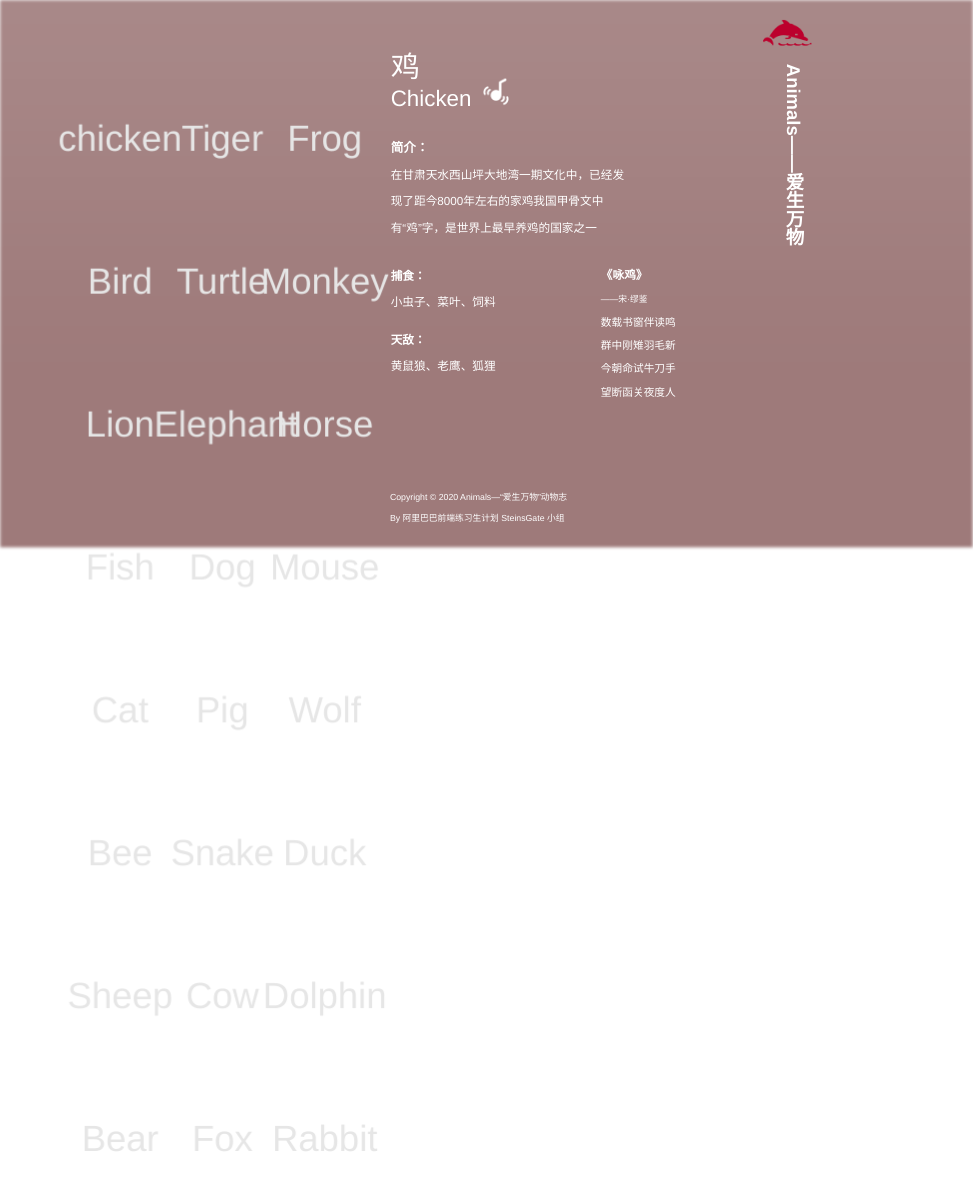
Repository: Whiskeyi/Animals
Page: /
The author's editor kept a copy of each file at every save. The page is drawn from the files as they stood at one save, then again after the next save.
The browser window is 1280 px wide. The pictures show the whole page, at 76% of full size.
The project was rebuilt for these pictures with package versions that can differ from the ones it lists, and the page was loaded fresh each time.

Above is the page before, as saved 2021-11-18 16:19:03.

### public/index.html
<!DOCTYPE html>
<html lang="en">
  <head>
    <meta charset="utf-8">
    <meta http-equiv="X-UA-Compatible" content="IE=edge">
    <meta name="viewport" content="width=device-width,initial-scale=1.0">
    <link rel="icon" href="<%= BASE_URL %>favicon.ico">
    <title>Animals——爱生万物</title>
  </head>
  <body>
    <noscript>
      <strong>We're sorry but animals doesn't work properly without JavaScript enabled. Please enable it to continue.</strong>
    </noscript>
    <div id="app"></div>
    <!-- built files will be auto injected -->
  </body>
</html>

### src/main.js
import Vue from 'vue'
import App from './App.vue'
import router from './router'
import store from './store'
import './plugins/element.js' // 引入element-ui

Vue.config.productionTip = false

new Vue({
  router,
  store,
  render: h => h(App)
}).$mount('#app')

### src/App.vue
<template>
  <div id="app">
    <!-- 入口 -->
    <router-view/>
  </div>
</template>

<style lang="scss">
#app {
  font-family: 'Avenir', Helvetica, Arial, sans-serif;
  -webkit-font-smoothing: antialiased;
  -moz-osx-font-smoothing: grayscale;
}

html, body {  // 去除白边
    width: 100%;
    height: 100%;
    margin: 0;
    padding: 0;
    position: relative;
}

</style>

### src/router.js
// 路由
import Vue from 'vue'
import Router from 'vue-router'
import Home from './views/Home.vue'

Vue.use(Router)

export default new Router({
  mode: 'history',
  base: process.env.BASE_URL,
  routes: [
    {
      path: '/',
      name: 'home',
      component: Home
    }
  ]
})

### src/store.js
import Vue from 'vue'
import Vuex from 'vuex'

Vue.use(Vuex)

export default new Vuex.Store({
  state: {
    num: "",  // data.json数组号
    seconds: "8000" // 页面切换时间
  },
  mutations: {
    saveNum(state, num) {
      state.num = num
    }
  },
  actions: {

  }
})

### src/plugins/element.js
// 引入element-ui
import Vue from 'vue'

import ElementUI from 'element-ui';
import 'element-ui/lib/theme-chalk/index.css';

Vue.use(ElementUI);

### src/views/Home.vue
<template>
  <div class="home">
    <!-- 背景+光泽效果 -->
    <Gloss></Gloss>
    <!-- 页面容器 -->
    <div class="container">
      <!-- 左侧展示模块 -->
      <div id="leftContainer">
        <LeftMain></LeftMain>
      </div>
      <!-- 右侧展示模块 -->
      <div id="rightContainer">
        <!-- 输出信息 -->
          <Info></Info>
          <!-- 右侧标题 -->
          <RightHead></RightHead>
          <!-- 尾部 -->
          <Footer></Footer>
      </div>
    </div>
  </div>
</template>

<script>
// @ is an alias to /src
// 组件引入
import Gloss from '@/components/Gloss'
import Footer from '@/components/Footer'
import Info from '@/components/Info'
import RightHead from '@/components/right-head'
import LeftMain from '@/components/left-main'

export default {
  name: 'home',
  components: {
    Gloss,Footer,Info,RightHead,LeftMain
  }
}
</script>

<style lang="scss" scoped>
#leftContainer {
  position: absolute;
  left: 15%;
  width: 25%;
  height: 100%;
  margin: 0 auto;
}
#rightContainer {
  position: fixed;
  right: 10%;
  width: 50%;
  height: 100%;
  margin: 0 auto;
}
@media screen and (max-width: 960px) { // 屏幕小于960px样式
  #leftContainer {
    position: absolute;
    left: 3%;
    width: 30%;
    height: 100%;
    margin: 0 auto;
  }
  #rightContainer {
    position: fixed;
    right: 0%;
    width: 67%;
    height: 100%;
    margin: 0 auto;
  }
}
@media screen and (min-width: 960px) and (max-width:1440px) { // 屏幕大于等于960px小于1440px样式
  #leftContainer {
    position: absolute;
    left: 5%;
    width: 30%;
    height: 100%;
    margin: 0 auto;
  }
  #rightContainer {
    position: fixed;
    right: 2%;
    width: 63%;
    height: 100%;
    margin: 0 auto;
  }
}
@media screen and (min-width: 1440px) and (max-width: 1920px) { // 屏幕大于等于1440px小于1920px样式
 #leftContainer {
    position: absolute;
    left: 8%;
    width: 33%;
    height: 100%;
    margin: 0 auto;
  }
  #rightContainer {
    position: fixed;
    right: 5%;
    width: 54%;
    height: 100%;
    margin: 0 auto;
  }
}
</style>

### src/components/Gloss/index.vue
<template>
<!-- 实现光泽效果,丰富背景颜色 -->
<div id="bg" :style="{ backgroundColor : color }">
    <div id="gloss"></div>
</div>
</template>

<script>
const animalsData = require('@/data/Animals.json')
import store from '../../store'

export default {
    data() {
        return {
            color: 'rgb(158, 122, 122)'
        }
    },
    mounted() {
        this.changeColor()
        // window.console.log(animalsData.AnimalsDetail[0].color)
    },
    methods: {
        changeColor() {
            setInterval(function() {
                // let arrColor = ["#FC9F4D", "#E98B2A", "#90B44B", "#4D5139", "#1C1C1C", "#4F4F48",
                //                 "#FF5E99", "#828282", "#52433D", "#947A6D", "#080808", "#0C0C0C",
                //                 "#434343", "#B19693", "#434343", "#EFBB24", "#90B44B", "#373C38",
                //                 "#BDC0BA", "#BDC0BA", "#BDC0BA", "#434343","#BDC0BA", "#BDC0BA"]
                let num = Math.floor(Math.random() * animalsData.AnimalsDetail.length)
                store.commit('saveNum',num)
                document.getElementById('bg').style.backgroundColor = animalsData.AnimalsDetail[num].color
                // this.color = color
            }, store.state.seconds);
        }
    }
}
</script>

<style lang="scss" scoped>
#gloss {
    position: fixed;
    width: 100%;
    height: 478px;
    background: url('../../assets/gloss.png') repeat-x;
    // z-index: -8;  //暂时注释,影响调试
}
#bg {
  height: 100%;
  width: 100%;
  position: fixed;
  transition: background-color 2s ease-in; // 背景颜色切换2S过渡
  filter: blur(2px); // 背景高斯模糊
  // z-index: -9; //暂时注释,影响调试
}
</style>

### src/components/Footer/index.vue
<template>
  <div class="footerContainer">
      <p>Copyright © 2020 Animals—“爱生万物”动物志</p>
      <p>By 阿里巴巴前端练习生计划 SteinsGate 小组</p>
  </div>
</template>

<script>
export default {

}
</script>

<style lang="scss" scoped>
.footerContainer {
    position: fixed;
    bottom: 0;
    font-size: 0.9vw;
    color:#fff;
    margin:0 0 20px 65px;
}
</style>

### src/components/Info/index.vue
<template>
  <div class="infoContainer">
    <div class="infPadding">
      <!-- 标题、声音icon -->
    <Introduce></Introduce>
    <!-- 简介 -->
    <IntroduceMid></IntroduceMid>
    <!-- 捕食、诗 -->
    <HabbitPoem></HabbitPoem>
    </div>
  </div>
</template>

<script>
import Introduce from './Introduce'
import HabbitPoem from './habbit-poem'
import IntroduceMid from './introduce-mid'
export default {
  name: 'Info',
  components: {
    Introduce, HabbitPoem, IntroduceMid
  }
}
</script>

<style lang="scss" scoped>
.infoContainer {
    float: left;
    z-index: 10000;
    width: 82%;
    height: 80%;
    margin: 26px 0 0 16px;
    padding: 15px 0px;
    color:#fff;
}
.infPadding {
  padding: 0 0 0 50px;
}
.infoContainer logo {
    position: absolute;
}
// @media screen and (max-width: 960px) { // 屏幕小于960px样式
//   .infoContainer {
//     float: left;
//     z-index: 10000;
//     width: 76%;
//     height: 80%;
//     margin: 26px 0 0 16px;
//   }
// }
// @media screen and (min-width: 960px) and (max-width:1440px) { // 屏幕大于等于960px小于1440px样式
//   .infoContainer {
//     float: left;
//     z-index: 10000;
//     width: 75%;
//     height: 80%;
//     margin: 26px 0 0 16px;
//   }
// }
@media screen and (max-width: 1280px) { // 屏幕<1280px样式
  .infoContainer {
    float: left;
    z-index: 10000;
    width: 65%;
    height: 80%;
    margin: 26px 0 0 16px;
  }
}
</style>

### src/components/right-head/index.vue
<template>
  <div class="rightHeadContainer">
      <el-image class="logo" alt="logo" :src="require('@/icons/index.png')"></el-image>
      <h1 class="vertical">Animals——爱生万物</h1>
  </div>
</template>

<script>
export default {

}
</script>

<style lang="scss" scoped>
.rightHeadContainer {
    float: left;
    height: 400px;
    width: 100px;
    margin: 26px 0 0 16px;
}
.vertical {
    writing-mode: vertical-lr;
    line-height: 46px;
    color: #fff;
    font-size: 1.9vw;
}
.logo {
    width: 5vw;
    // width: 90px;
    padding-bottom: 20px;
}
// @media screen and (max-width: 1440px) { // 屏幕小于1440px样式
//     .rightHeadContainer {
//         float: left;
//         height: 400px;
//         width:85px;
//         margin: 26px 0 0 0;
//     }
//     .vertical {
//         writing-mode: vertical-lr;
//         padding-right: 0;
//         color: #fff;
//     }
// }
</style>

### src/components/left-main/index.vue
<template>
  <div class="leftContainer">
    <el-row :gutter="20" type="flex" justify="center" v-for="(i, inx) in dataLength/3" :key="inx">
      <el-col :span="8" v-for="(item, index) in getNum(inx * 3)" :key="index">
        <div class="pro-card-wrapper">
          <div class="pro-card">
            <div class="pic">
              <el-image class="logo" alt="logo" :src="require('@/icons/animals/chicken.png')"></el-image>
            </div>
            <div class="romaji">{{ item.enName }}</div>
          </div>
        </div>
      </el-col>
    </el-row>
  </div>
</template>

<script>
const animalsData = require('@/data/Animals.json')
export default {
  data() {
    return {
      data: {},
      dataLength: ''
    }
  },
  created() {
  },
  mounted() {
    this.data = animalsData
    this.dataLength = this.data.AnimalsDetail.length
  },
  methods: {
      getNum(inx){
        // window.console.log(this.data.AnimalsDetail.slice(inx, inx + 3))
        return this.data.AnimalsDetail.slice(inx, inx + 3)
      }
  }
}
</script>

<style lang="scss" scoped>
@import "../../styles/flip.scss";
.leftContainer {
  padding: 30px 0;
  width: 100%;
  text-align: center;
  color: #e6e6e6;
  font-size: 1.3vw;
}
.leftContainer .logo {
  width: 80px;
  height: 80px;
  padding: 40px 0;
}
 @media screen and (max-width: 1440px) { // 屏幕小于1440px样式
  .leftContainer .logo {
    height: 50px;
    width: 50px;
    padding: 30px 0;
  }
 }
</style>

### src/components/Info/Introduce/index.vue
<template>
  <div class="introduce">
      <el-row class="intContainer">
          <el-col :span="6">
              <transition name="fade">
                <div id="title">{{ name }}</div>
              </transition>
              <transition name="fade">
                <div id="subTitle">{{ enName }}</div>
              </transition>
          </el-col>
          <el-col :span="10">
              <el-image class="logo" alt="logo" :src="require('@/icons/voice.png')"></el-image>
          </el-col>
      </el-row>
  </div>
</template>

<script>
const animalsData = require('@/data/Animals.json')
import store from '../../../store'
export default {
    data() {
        return {
            name: '鸡',
            enName: 'Chicken'
        }
    },
    mounted() {
        this.changeInfo()
        // window.console.log(store.state.num)
    },
    methods: {
          changeInfo() {
            setInterval(function() {
                this.name = animalsData.AnimalsDetail[store.state.num].name
                document.getElementById('title').innerHTML = this.name
                // window.console.log(this.name)
                this.enName = animalsData.AnimalsDetail[store.state.num].enName
                document.getElementById('subTitle').innerHTML = this.enName
                // window.console.log(this.enName)
            }, store.state.seconds);
        }
    }
}
</script>

<style lang="scss" scoped>
.introduce {
    // background-color: wheat;;
    height: 30%;
    width: 100%;
}
.intContainer {
    padding: 15px 0;
}
#title {
    // font-size: 60px;
    font-size: 3vw;
    display: block;
}
#subTitle {
    // font-size: 44px;
    font-size: 2.3vw;
    display: block;
}
.logo {
    padding-top: 3.5vw;
    height: 3.1vw;
    width: 3.1vw;
}
fade-enter {
    opacity: 0;
}
fade-enter-to {
    opacity: 1;
}
.fade-enter-active, .fade-leave-active {
  transition: all 2.5s ease;
}
</style>

### src/components/Info/habbit-poem/index.vue
<template>
  <div class="habPoem">
       <el-row class="habContainer">
           <el-col class="habContent" :span="14">
              <div class="habTil">捕食：</div>
              <span id="food" class="foodTitle">{{ food }}</span><br>
              <div class="habTil">天敌：</div>
              <span id="enemy" class="enemyTitle">{{ enemy }}</span>
            </el-col>
           <el-col class="poem" :span="10">
                <div id="poemTitle">{{ title }}</div>
                <div id="author">{{ author }}</div>
                <div id="content1" class="content">{{ content1 }}</div>
                <div id="content2" class="content">{{ content2 }}</div>
                <div id="content3" class="content">{{ content3 }}</div>
                <div id="content4" class="content">{{ content4 }}</div>
            </el-col>
      </el-row>
  </div>
</template>

<script>
const animalsData = require('@/data/Animals.json')
import store from '../../../store'
export default {
     data() {
        return {
            title: '《咏鸡》',
            author: '——宋·缪鉴',
            content1: '数载书窗伴读鸣',
            content2: '群中刚雉羽毛新',
            content3: '今朝命试牛刀手',
            content4: '望断函关夜度人',
            food: '小虫子、菜叶、饲料',
            enemy: '黄鼠狼、老鹰、狐狸'
        }
    },
    mounted() {
        this.changeInfo()
        // window.console.log(store.state.num)
    },
    methods: {
          changeInfo() {
            setInterval(function() {
                this.title = animalsData.AnimalsDetail[store.state.num].poetryName
                document.getElementById('poemTitle').innerHTML = this.title

                this.author = animalsData.AnimalsDetail[store.state.num].poetryAuthor
                document.getElementById('author').innerHTML = '——' + this.author

                this.content1 = animalsData.AnimalsDetail[store.state.num].poetryContent1
                document.getElementById('content1').innerHTML = this.content1

                this.content2 = animalsData.AnimalsDetail[store.state.num].poetryContent2
                document.getElementById('content2').innerHTML = this.content2

                this.content3 = animalsData.AnimalsDetail[store.state.num].poetryContent3
                document.getElementById('content3').innerHTML = this.content3

                this.content4 = animalsData.AnimalsDetail[store.state.num].poetryContent4
                document.getElementById('content3').innerHTML = this.content4

                this.food = animalsData.AnimalsDetail[store.state.num].food
                document.getElementById('food').innerHTML = this.food

                this.enemy = animalsData.AnimalsDetail[store.state.num].enemy
                document.getElementById('enemy').innerHTML = this.enemy
            }, store.state.seconds);
        }
    }
}
</script>

<style lang="scss" scoped>
.habPoem {
    // background-color: rgb(252, 94, 94);
    height: 30%;
}
.habContent .habTil {
    font-size: 1.2vw;
    font-weight: bold;
    line-height: 4.8vh;
}
.poem {
    // writing-mode: vertical-lr;
    font-size: 1.1vw;
    line-height: 2.4vw;
    #poemTitle {
        font-size: 1.2vw;
        font-weight: bold;
    }
    #author {
        font-size: 0.9vw;
    }
    // .content {
    //     // letter-spacing: 15px;
    // }
}
.habContainer {
    padding: 15px 0;
}
.habContent span {
    font-size: 1.2vw;
    line-height: 4.4vh;
    display: block;
}
</style>

### src/components/Info/introduce-mid/index.vue
<template>
    <div class="fooMid">
        <el-row class="botContainer">
            <el-col :sm="16" :md="16" :lg="16">
                <!-- <el-collapse>
                    <el-collapse-item title="简介：" class="collapse"> -->
                        <div class="IntTitle">简介：</div>
                        <div id="IntContent">{{ IntContent }}</div>
                    <!-- </el-collapse-item>
                </el-collapse> -->
            </el-col>
        </el-row>
    </div>
</template>

<script>
const animalsData = require('@/data/Animals.json')
import store from '../../../store'
export default {
    data() {
        return {
            IntContent: '在甘肃天水西山坪大地湾一期文化中，已经发现了距今8000年左右的家鸡我国甲骨文中有“鸡”字，是世界上最早养鸡的国家之一'
        }
    },
    mounted() {
        this.changeInfo()
        // window.console.log(store.state.num)
    },
    methods: {
          changeInfo() {
            setInterval(function() {
                this.IntContent = animalsData.AnimalsDetail[store.state.num].content
                document.getElementById('IntContent').innerHTML = this.IntContent
                // window.console.log(this.content)
            }, store.state.seconds);
        }
    }
}
</script>

<style lang="scss" scoped>
// /deep/ .el-collapse-item__header {
//     font-weight: bold;
//     color: #fff;
//     font-size: 24px;
//     background-color: transparent;
// }
// /deep/ .el-collapse-item__content {
//     background-color: transparent !important; // 待解决
//     color:#fff;
// }
.fooMid {
    // background-color: rgb(253, 128, 128);
    height: 50%;
    width: 100%;
}
.botContainer {
    padding: 15px 0;
}
.IntTitle {
    font-size: 1.3vw;
    font-weight: bold;
    line-height: 5.2vh;
}
#IntContent {
    font-size: 1.2vw;
    // font-size: 22px;
    line-height: 4.8vh;
    display: block;
}
// @media screen and (max-width: 1440px) { // 屏幕小于1440px样式
//     #IntContent {
//         font-size: 22px;
//         line-height: 32px;
//         display: block;
//     }
// }
</style>

### src/styles/flip.scss
.pro-card-wrapper {
    /* 开启3D空间 */
    perspective: 300px;
  }

  .pro-card {
    /* 基础布局 */
    width: 180px;
    height: 180px;
    margin: 4px;
    font-size: 48px;
    position: relative;
    text-align: center;

    /* 翻转特效时间 */
    transition: transform 0.8s;
    /* 保留3D空间 */
    transform-style: preserve-3d;
  }

  .word,
  .pic {
    // position: absolute;
    // width: 100%;
    // height: 100%;
    // display: flex;
    flex-direction: column;
    align-items: center;
    justify-content: center;
    /* 隐藏3D的背面 */
    backface-visibility: hidden;
    /* border: 1px solid #f3f3f2; */
    color: white;
  }

  /* 翻转卡片 */
  .pic {
    transform: rotateY(180deg);
  }

  .pro-card-wrapper:hover .pro-card {
    transform: rotateY(180deg);
  }

Loaded but not shown: src/data/Animals.json (399 lines, source omitted)

After the next save:
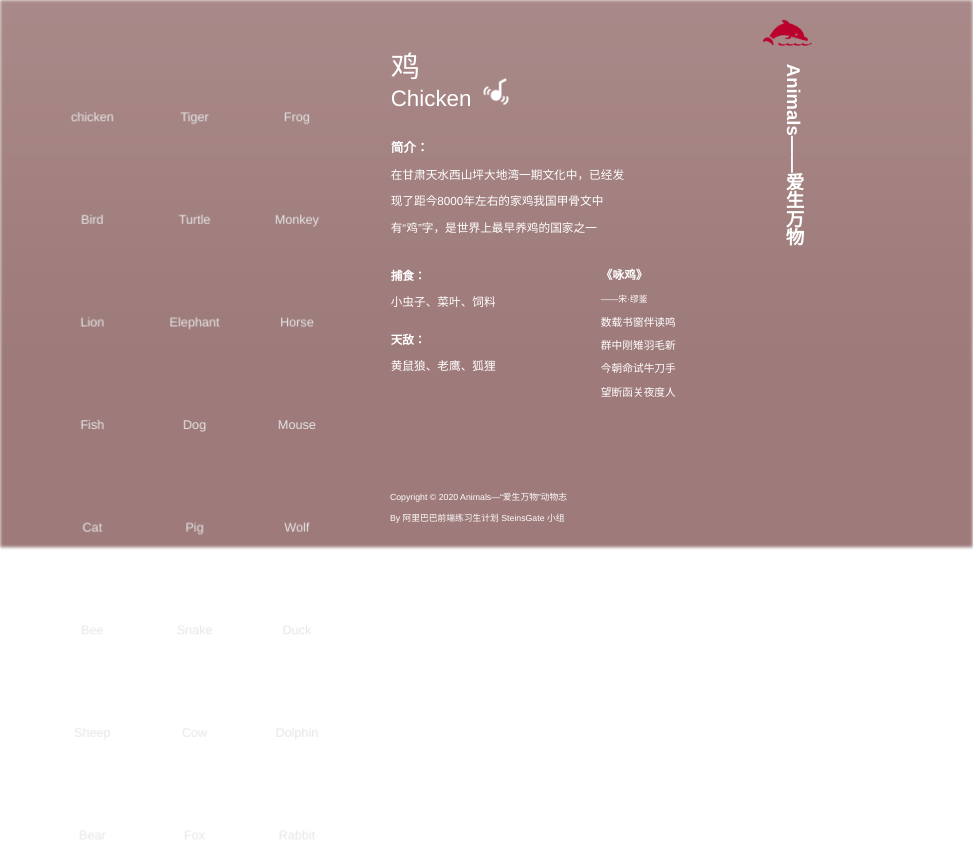
Saved 11 s later.
--- a/src/styles/flip.scss
+++ b/src/styles/flip.scss
@@ -5,10 +5,10 @@
 
   .pro-card {
     /* 基础布局 */
-    width: 180px;
-    height: 180px;
-    margin: 4px;
-    font-size: 48px;
+    // width: 180px;
+    // height: 180px;
+    // margin: 4px;
+    // font-size: 48px;
     position: relative;
     text-align: center;
 
